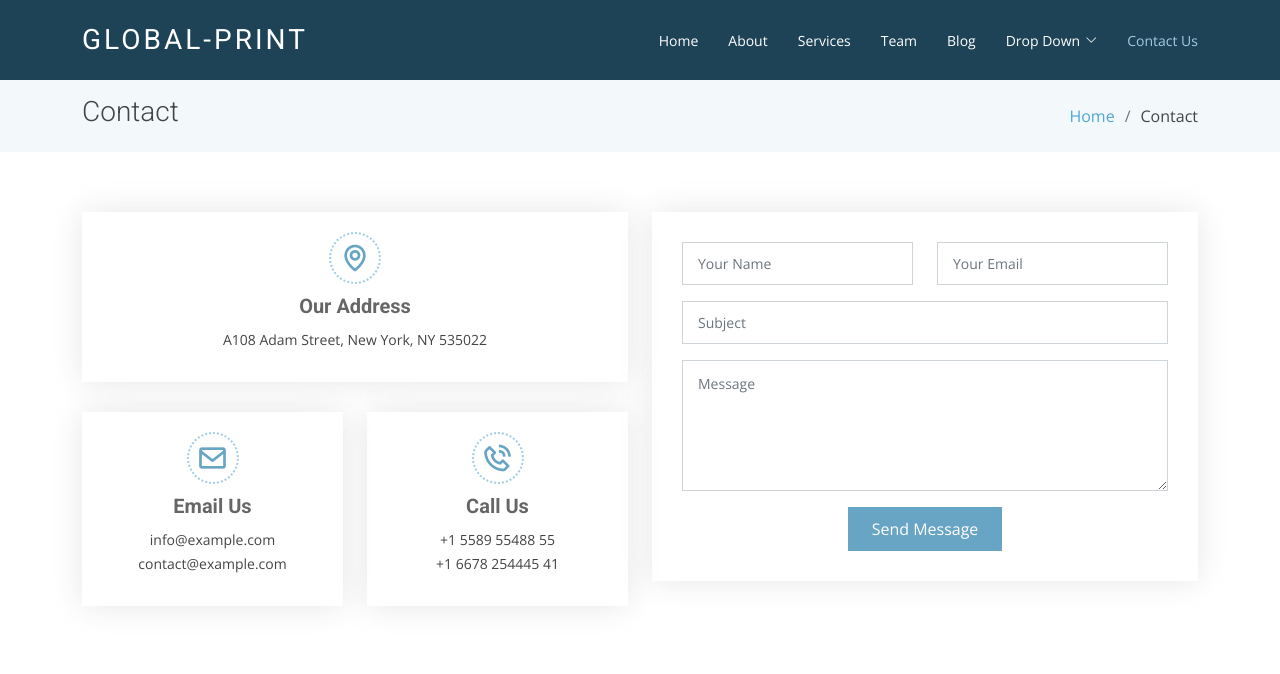
Repository: VachArt/Global-print
Page: contact.html
These files come from the project's save history. The page is drawn as it stood at one moment and after the next save; the edit follows.
The browser window is 1280 px wide. The pictures show the part of the page from y = 0 to 674 px (the page is 1789 px tall).
Pictures or frames that could not be fetched are drawn as grey boxes.

Above is the page before, as saved 2022-06-09 13:14:01.

After the next save:
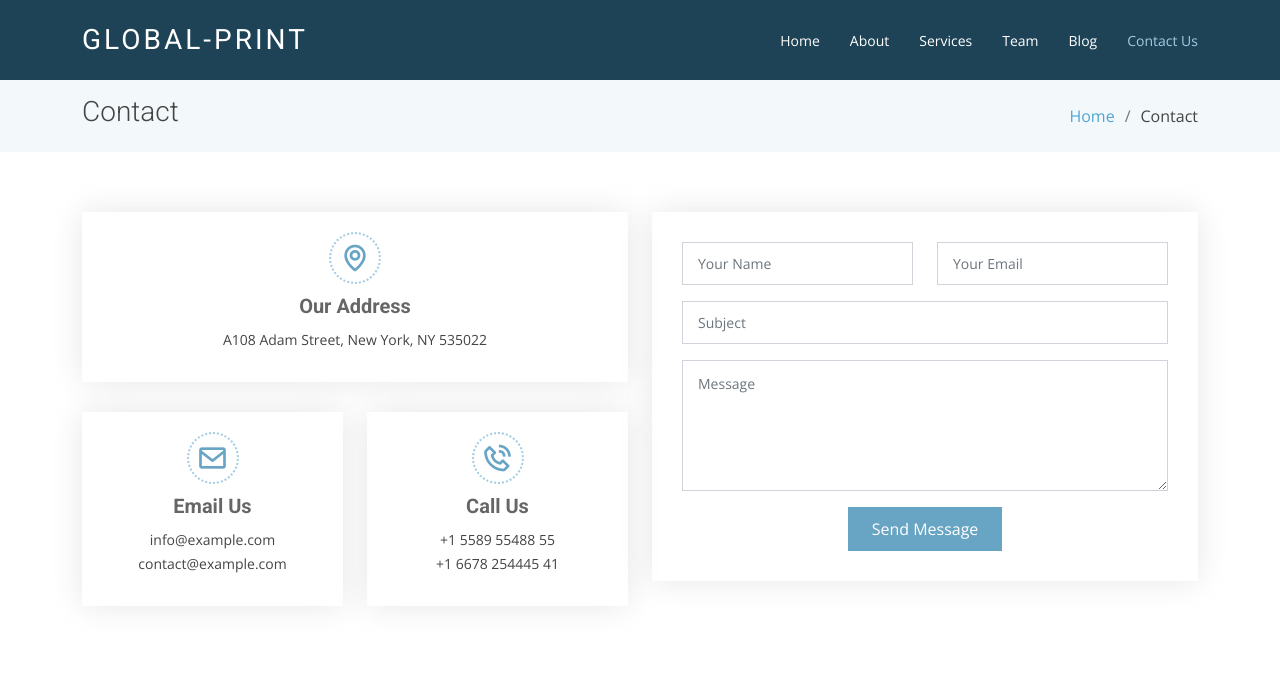
Saved 18 s later.
--- a/contact.html
+++ b/contact.html
@@ -52,23 +52,6 @@
           <li><a href="services.html">Services</a></li>
           <li><a href="team.html">Team</a></li>
           <li><a href="blog.html">Blog</a></li>
-          <li class="dropdown"><a href="#"><span>Drop Down</span> <i class="bi bi-chevron-down"></i></a>
-            <ul>
-              <li><a href="#">Drop Down 1</a></li>
-              <li class="dropdown"><a href="#"><span>Deep Drop Down</span> <i class="bi bi-chevron-right"></i></a>
-                <ul>
-                  <li><a href="#">Deep Drop Down 1</a></li>
-                  <li><a href="#">Deep Drop Down 2</a></li>
-                  <li><a href="#">Deep Drop Down 3</a></li>
-                  <li><a href="#">Deep Drop Down 4</a></li>
-                  <li><a href="#">Deep Drop Down 5</a></li>
-                </ul>
-              </li>
-              <li><a href="#">Drop Down 2</a></li>
-              <li><a href="#">Drop Down 3</a></li>
-              <li><a href="#">Drop Down 4</a></li>
-            </ul>
-          </li>
           <li><a class="active" href="contact.html">Contact Us</a></li>
         </ul>
         <i class="bi bi-list mobile-nav-toggle"></i>
